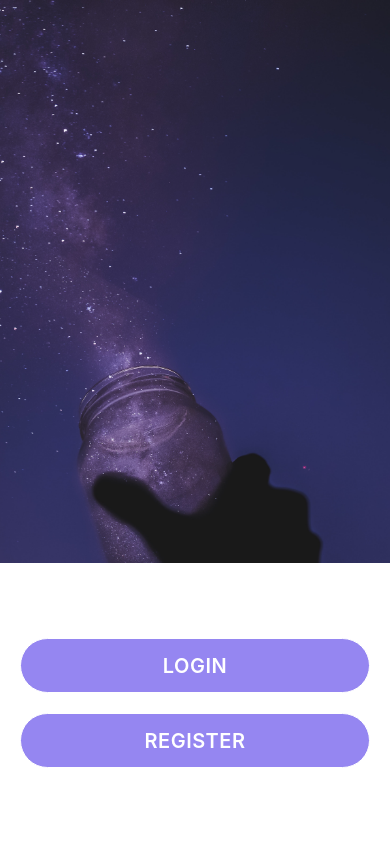
Repository: farrelmuhammad/project-react-native
Screen: /
The author's editor kept a copy of each file at every save. The screen is drawn from the files as they stood at one save, then again after the next save.
The app was drawn by React Native's web renderer in a window 390 px wide. The project was rebuilt for these pictures with package versions that can differ from the ones it lists, and the page was loaded fresh each time.

Above is the screen before, as saved 2023-01-09 22:25:13.

### App.js
import { StatusBar } from 'expo-status-bar';
import styles from './styles'
import Svg, { Image } from 'react-native-svg';
import { Dimensions, StyleSheet, Text, TextInput, View } from 'react-native';

export default function App() {
  const { height, width } = Dimensions.get('window');

  return (
    <View style={styles.container}>
      <View style={StyleSheet.absoluteFill}>
        <Svg height={height} width={width}>
          <Image
            href={require('./assets/login-background.jpg')}
            width={width}
            height={height}
            preserveAspectRatio="xMidYMid slice"
          />
        </Svg>
        <View style={styles.buttonContainer}>
          <View style={styles.button}>
            <Text style={styles.buttonText}>LOGIN</Text>
          </View>
          <View style={styles.button}>
            <Text style={styles.buttonText}>REGISTER</Text>
          </View>
          {/* <View>
            <TextInput placeholder='Email' />
            <TextInput placeholder='Fullname' />
            <TextInput placeholder='Password' />
          </View> */}

        </View>
      </View>
    </View>
  );
}

### styles.js
import { StyleSheet, Dimensions } from 'react-native';

const { height, width } = Dimensions.get('window');

const styles = StyleSheet.create({
    container: {
        flex: 1,
        justifyContent: 'flex-end',
    },
    button: {
        backgroundColor: 'rgba(123, 104, 238, 0.8)',
        height: 55,
        alignItems: 'center',
        justifyContent: 'center',
        borderRadius: 35,
        marginHorizontal: 20,
        marginVertical: 10,
        borderWidth: 1,
        borderColor: 'white'
    },
    buttonText: {
        fontSize: 20,
        fontWeight: '600',
        color: 'white',
        letterSpacing: 0.5
    },
    buttonContainer: {
        justifyContent: 'center',
        height: height / 3,

    }
});

export default styles;

After the next save:
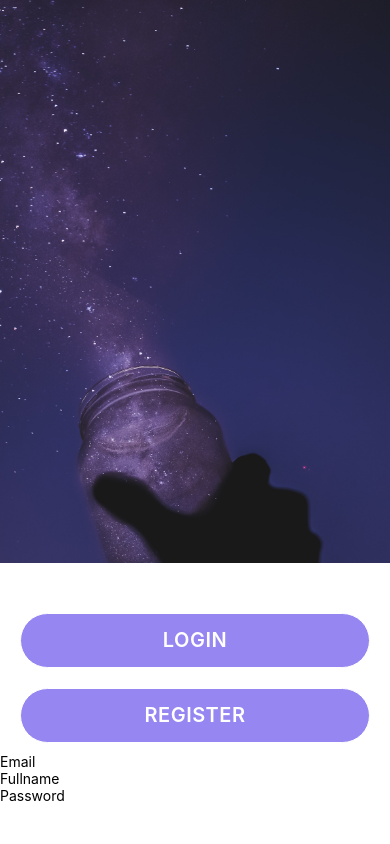
Saved 14 min 21 s later.
--- a/App.js
+++ b/App.js
@@ -24,11 +24,11 @@
           <View style={styles.button}>
             <Text style={styles.buttonText}>REGISTER</Text>
           </View>
-          {/* <View>
+          <View>
             <TextInput placeholder='Email' />
             <TextInput placeholder='Fullname' />
             <TextInput placeholder='Password' />
-          </View> */}
+          </View>
 
         </View>
       </View>
